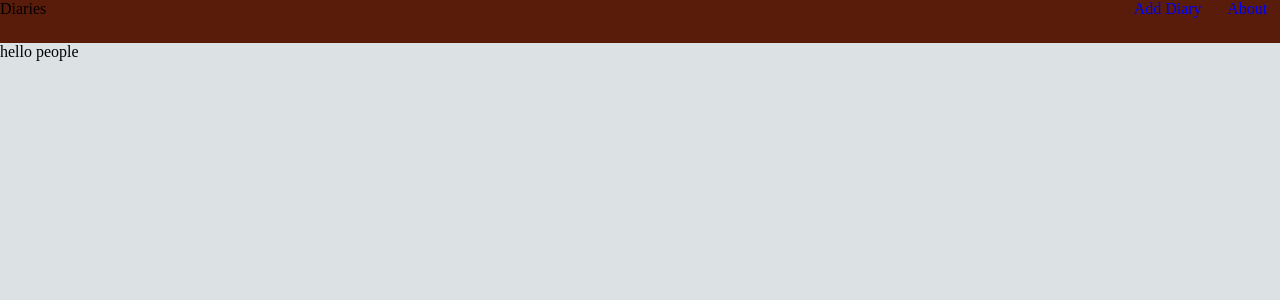
Repository: Tun-Dev/mydiary
Page: /
The author's editor kept a copy of each file at every save. The page is drawn from the files as they stood at one save, then again after the next save.
The browser window is 1280 px wide. The pictures show the whole page.
The project was rebuilt for these pictures with package versions that can differ from the ones it lists, and the page was loaded fresh each time.

Above is the page before, as saved 2021-05-10 12:18:15.

### src/index.js
import React from 'react';
import ReactDOM from 'react-dom';
import {BrowserRouter} from 'react-router-dom'
import App from './App';


ReactDOM.render(

  <React.StrictMode>
  <BrowserRouter>
    <App />
    </BrowserRouter>
  </React.StrictMode>,
  document.getElementById('root')
);

// If you want to start measuring performance in your app, pass a function
// to log results (for example: reportWebVitals(console.log))
// or send to an analytics endpoint. Learn more: https://bit.ly/CRA-vitals

### src/App.js
import React, { useState, useEffect} from "react";
import GlobalStyle from './GlobalStyle'

// import styles
import Nav from './Layout/Nav.js';

function App() {
  // const [ name, setName ] = useState("");
  // useEffect( () => {
  //   fetch("https://my-json-server.typicode.com/Codeinwp/front-end-internship-api/posts")
  // .then((response) => response.json())
  // .then((data) => setName(data)
  // )
  // }, [] )
  return (
    <div className="App">
    <GlobalStyle />
    <Nav />
    <div className="container">
      <p>hello people </p>
    </div>
    </div>
  );
}

export default App;

### src/GlobalStyle.js
import {createGlobalStyle} from 'styled-components';

const GlobalStyle = createGlobalStyle`
  * {
      margin: 0;
      padding: 0;
      box-sizing: border-box;
  }
  body {

 background-color: #dce1e3;
}
 a {
    text-decoration: none;
}
`

export default GlobalStyle;

### src/Layout/Nav.js
import React from 'react';
import styled from 'styled-components';
import {Link} from 'react-router-dom'

const Nav = () => {
    return (
        <NavBar>
          <nav>
         <div className="header">
           Diaries
         </div>
         <ul className="navItens">
           <li><Link to="">Add Diary</Link></li>
           <li><Link to="">About</Link></li>
         </ul>
          </nav>
        </NavBar>
    )
}
const NavBar = styled.div`
     background-color: #591c0b;
     height: 6vh;
  nav {
    display: flex;
    justify-content: space-between;
    align-items: center;

}
ul {
    display: flex;
}
ul li {
    list-style: none;
    margin: 0 0.8rem;
}
`;

export default Nav;

Loaded but not shown: public/index.html (common file)

After the next save:
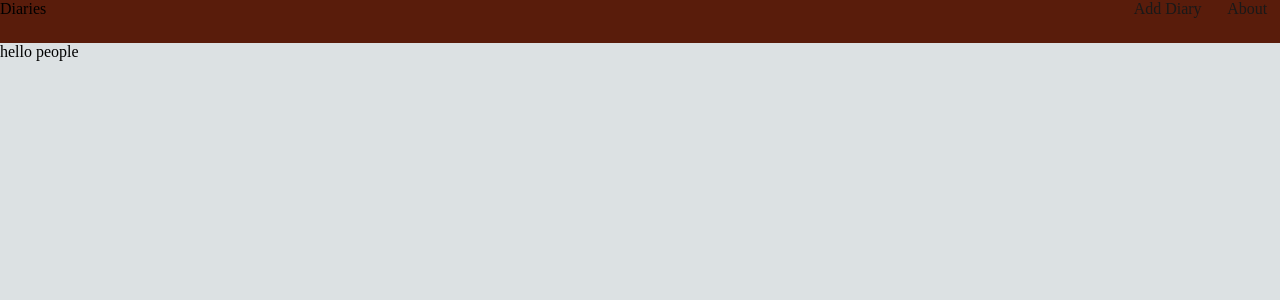
Saved 39 s later.
--- a/src/GlobalStyle.js
+++ b/src/GlobalStyle.js
@@ -12,6 +12,7 @@ const GlobalStyle = createGlobalStyle`
 }
  a {
     text-decoration: none;
+    color: #191919;
 }
 `
 
